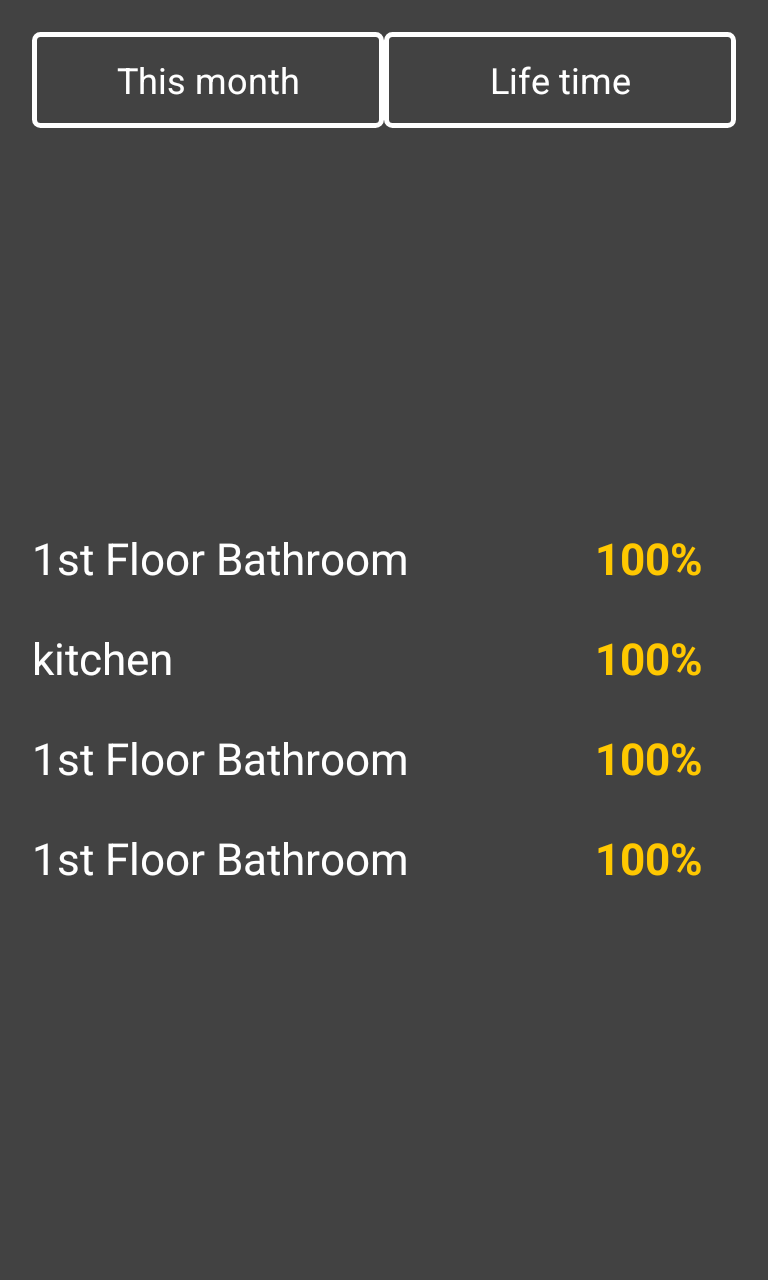
Repository: prabushitha/hydrosaver
Layout: hydrosaver/res/layout/activity_sections.xml
The author's editor kept a copy of each file at every save. The layout is drawn from the files as they stood at one save, then again after the next save.
It is drawn on a 768 x 1280 px phone screen (xhdpi) without system bars, with theme AppTheme; the app's code is not run.

Above is the layout before, as saved 2016-10-08 16:50:24.

After the next save:
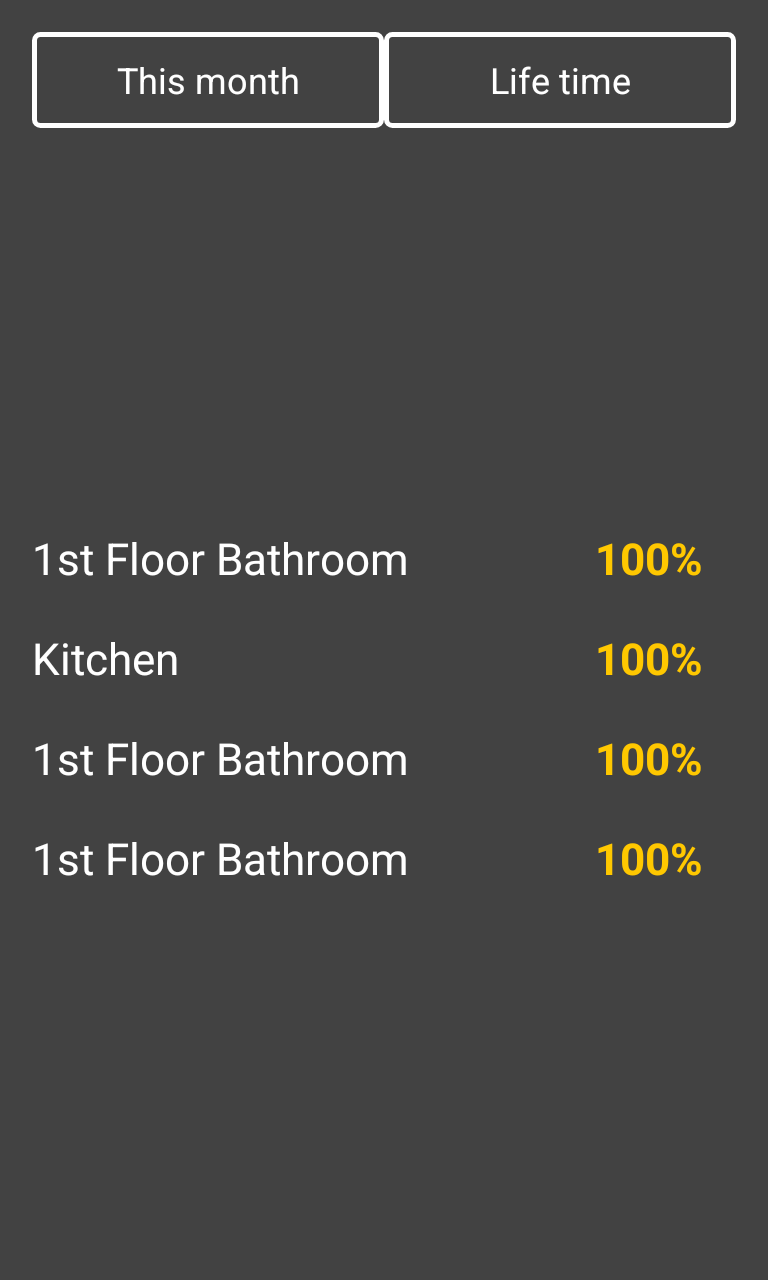
Saved 4 s later.
--- a/hydrosaver/res/layout/activity_sections.xml
+++ b/hydrosaver/res/layout/activity_sections.xml
@@ -77,7 +77,7 @@
 		        android:layout_width="0dp"
 		        android:layout_height="wrap_content"
 		        android:textAppearance="?android:attr/textAppearanceLarge"
-		        android:text="kitchen"
+		        android:text="Kitchen"
 		        android:textColor="#ffffff"
 		        android:id="@+id/txtName"
 		        android:minHeight="100px"
